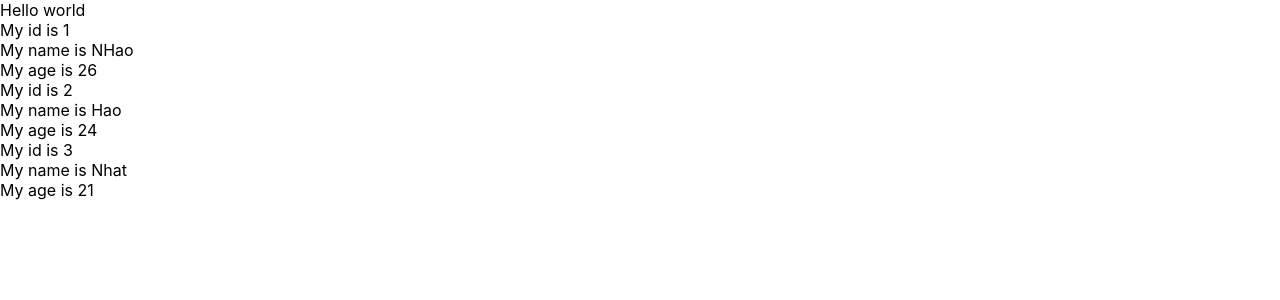
Repository: haonguyen09/reactProject
Page: /
The author's editor kept a copy of each file at every save. The page is drawn from the files as they stood at one save, then again after the next save.
The browser window is 1280 px wide. The pictures show the whole page.
The project was rebuilt for these pictures with package versions that can differ from the ones it lists, and the page was loaded fresh each time.

Above is the page before, as saved 2023-08-01 13:49:13.

After the next save:
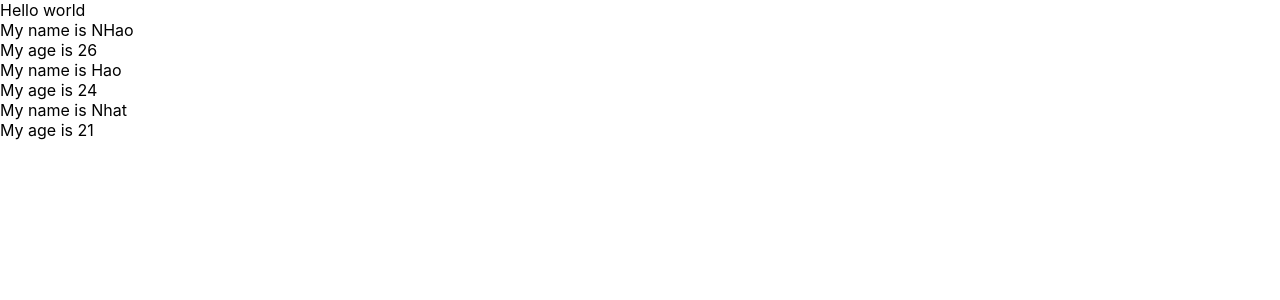
Saved 49 s later.
--- a/src/components/MyInfo.js
+++ b/src/components/MyInfo.js
@@ -18,7 +18,7 @@
                     listUsers.map((user) => {
                     return (
                     <div>
-                        <div>My id is {user.id}</div>
+                        {/* <div>My id is {user.id}</div> */}
                         <div>My name is {user.name}</div>
                         <div>My age is {user.age }</div>
                     </div>

After the save that followed:
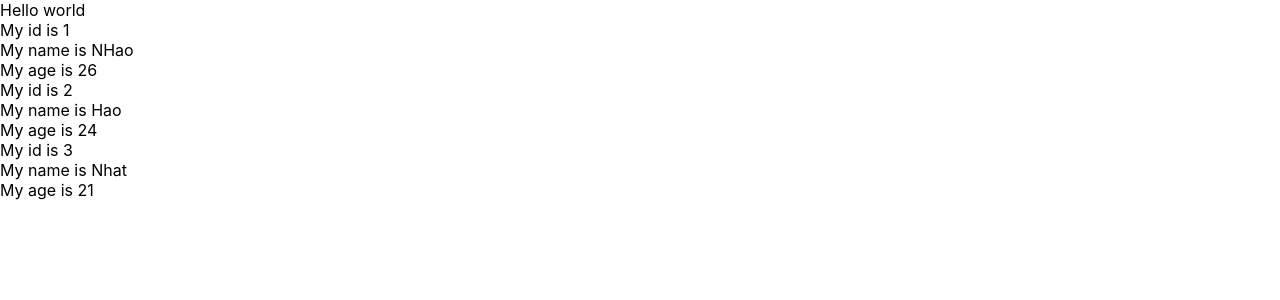
Saved 12 s later.
--- a/src/components/MyInfo.js
+++ b/src/components/MyInfo.js
@@ -18,7 +18,7 @@
                     listUsers.map((user) => {
                     return (
                     <div>
-                        {/* <div>My id is {user.id}</div> */}
+                        <div>My id is {user.id}</div>
                         <div>My name is {user.name}</div>
                         <div>My age is {user.age }</div>
                     </div>
